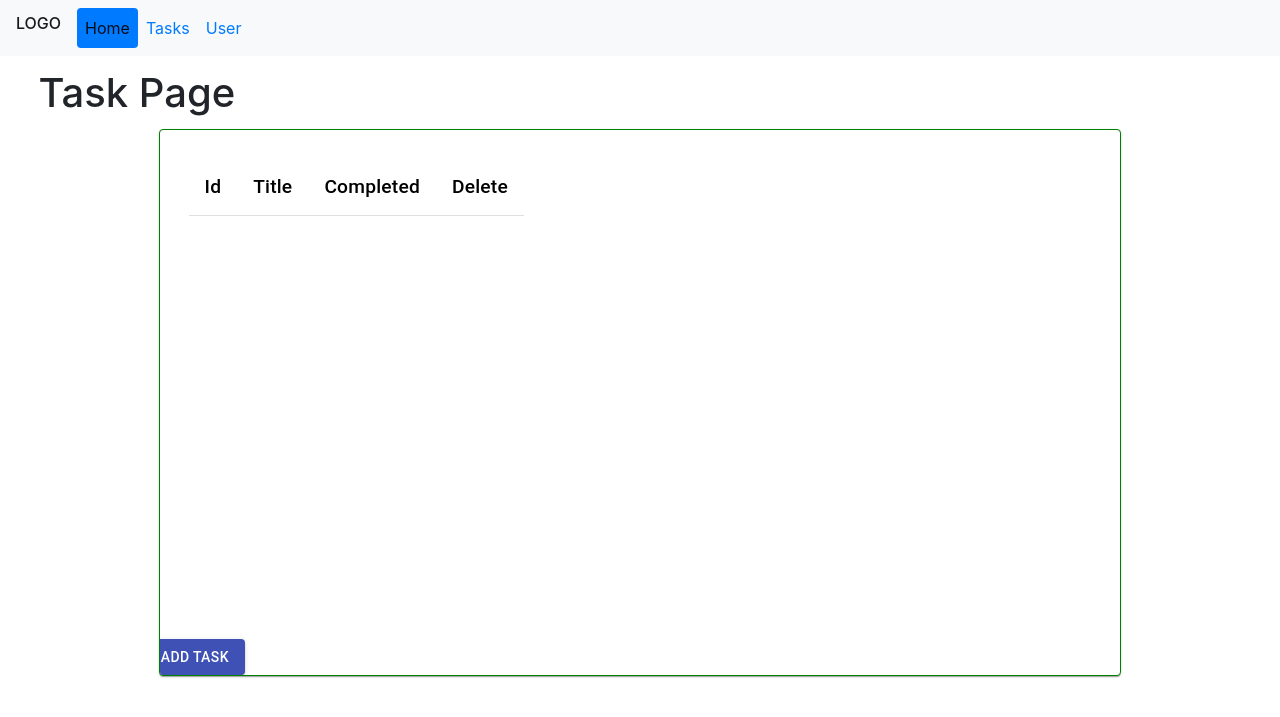
Repository: lalji-yadav/Nimapinfotech-demo-project
Page: /tasks
An editor plug-in stored every save of this project. The page is shown before and after the next save, followed by the edit.
The browser window is 1280 px wide. The pictures show the whole page.
The page's requests for data from a server got no answer. The project was rebuilt for these pictures with package versions that can differ from the ones it lists, and the page was loaded fresh each time. No one was signed in, and anything a server would have sent is missing. Also part of the build but not shown: src/components/Home.js, src/components/Users.js, src/components/Login.js.

Above is the page before, as saved 2021-01-17 18:58:05.

After the next save:
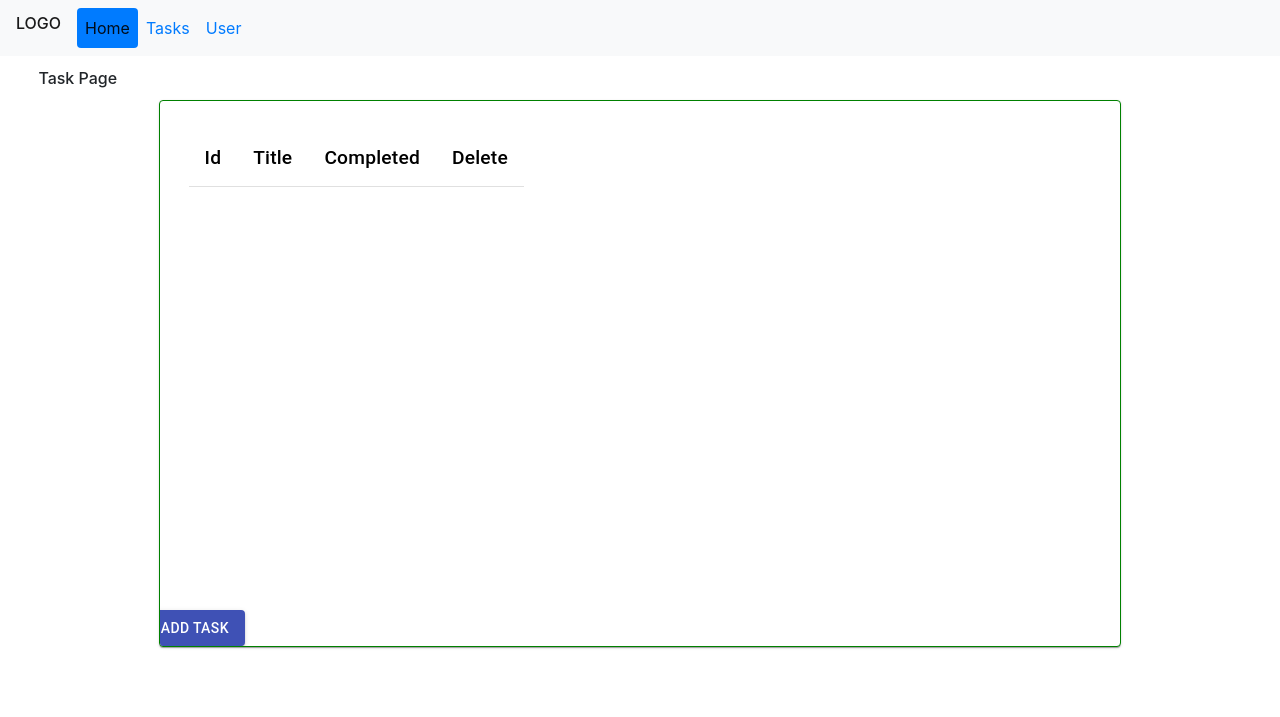
Saved 20 s later.
--- a/src/components/Tasks.js
+++ b/src/components/Tasks.js
@@ -19,7 +19,7 @@ function Tasks() {
 
     return (
         <div style={{ padding: "1% 3% 3% 3%" }}>
-            <h1>Task Page</h1>
+            <h6>Task Page</h6>
 
             <Card style={{ width: "80%", margin: "1% 10% 0% 10%", border: "1px solid green" }}>
 
